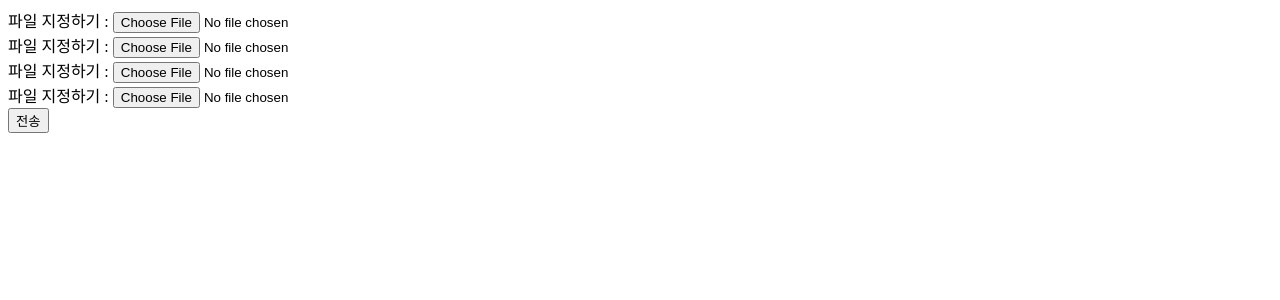
Repository: yjeongyjeong/jsp
Page: http://localhost/web-study-10/02_upload.jsp
The author's editor kept a copy of each file at every save. The page is drawn from the files as they stood at one save, then again after the next save.
The browser window is 1280 px wide. The pictures show the whole page.
The page is served by Tomcat 9.

Above is the page before, as saved 2023-10-18 03:47:28.

After the next save:
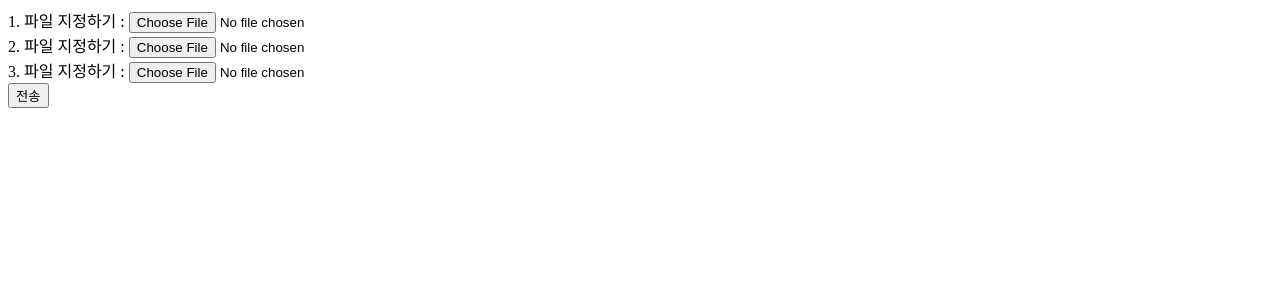
Saved 23 s later.
--- a/web-study-10/src/main/webapp/02_upload.jsp
+++ b/web-study-10/src/main/webapp/02_upload.jsp
@@ -8,10 +8,9 @@
 </head>
 <body>
 <form action="upload.do" method="post" enctype="multipart/form-data">
-파일 지정하기 : <input type="file" name="uploadFile"><br>
-파일 지정하기 : <input type="file" name="uploadFile"><br>
-파일 지정하기 : <input type="file" name="uploadFile"><br>
-파일 지정하기 : <input type="file" name="uploadFile"><br>
+1. 파일 지정하기 : <input type="file" name="uploadFile01"><br>
+2. 파일 지정하기 : <input type="file" name="uploadFile02"><br>
+3. 파일 지정하기 : <input type="file" name="uploadFile03"><br>
 <input type="submit" value="전송">
 
 
